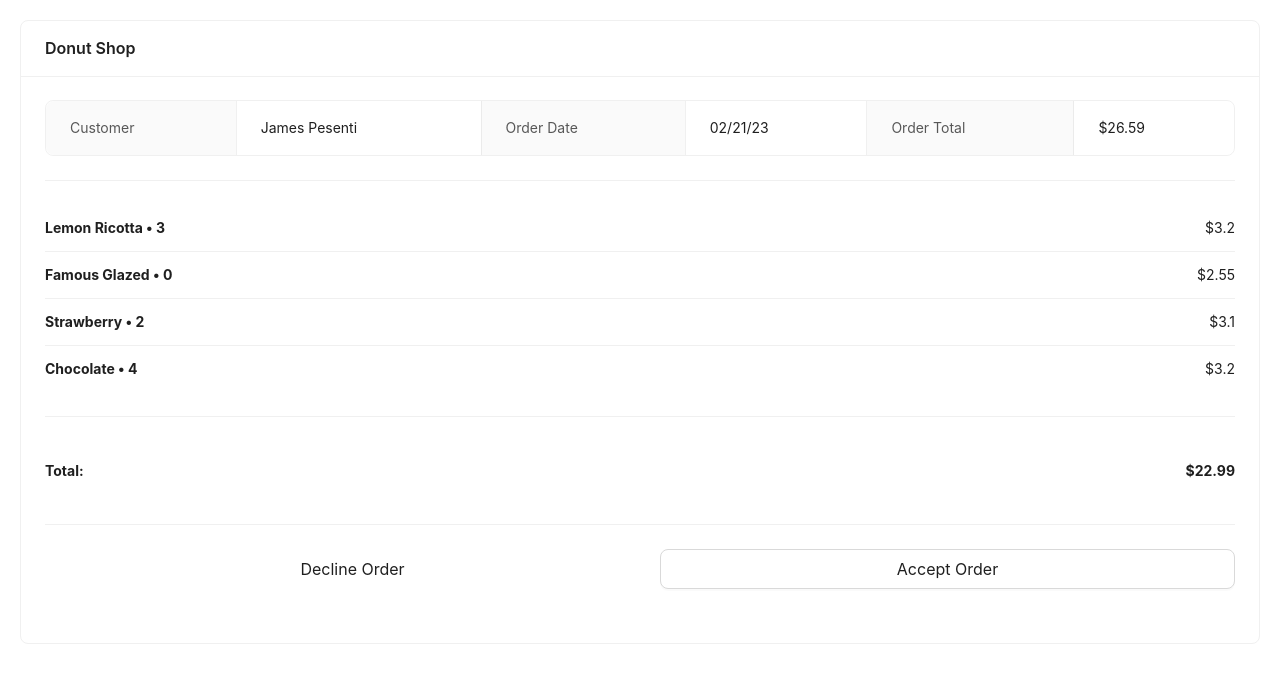
Repository: JamesPesenti/DonutShopDashboard
Page: /menu
An editor plug-in stored every save of this project. The page is shown before and after the next save, followed by the edit.
The browser window is 1280 px wide. The pictures show the whole page.
The project was rebuilt for these pictures with package versions that can differ from the ones it lists, and the page was loaded fresh each time.

Above is the page before, as saved 2023-03-22 14:45:47.

After the next save:
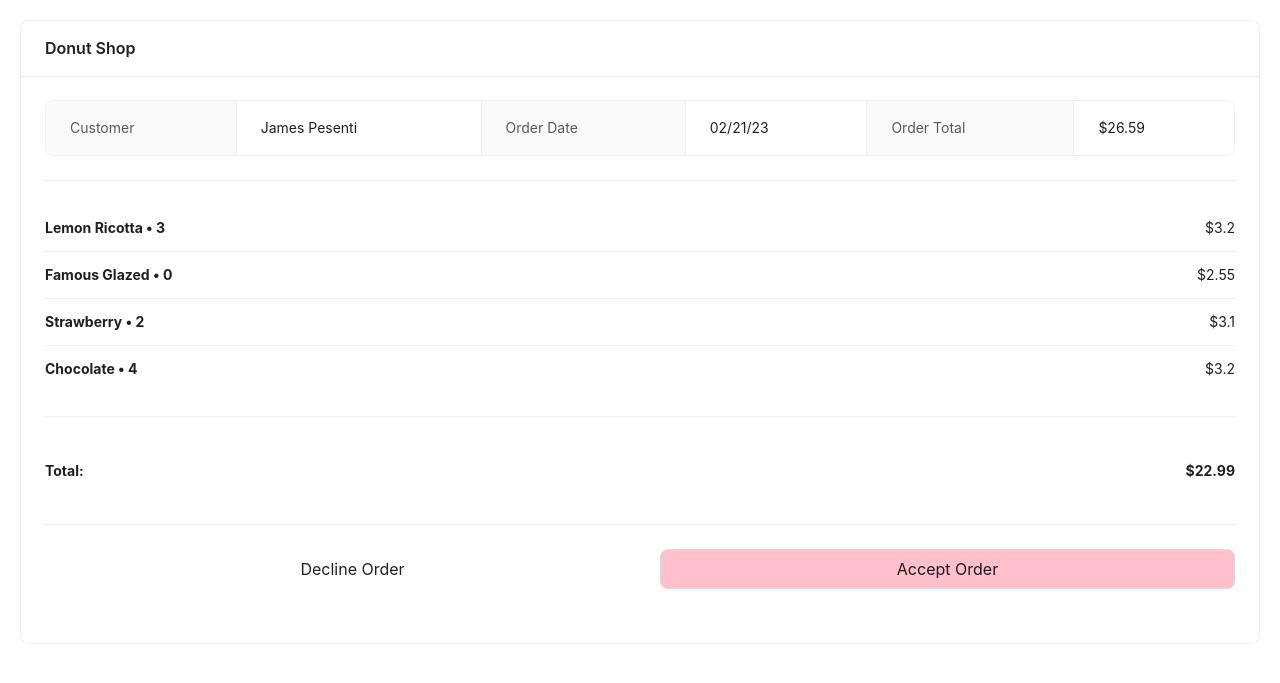
Saved 20 s later.
--- a/src/screens/DetailedOrder.jsx
+++ b/src/screens/DetailedOrder.jsx
@@ -37,7 +37,7 @@ const DetailedOrder = () => {
         <Button style={styles.button} block type="danger" size="large">
           Decline Order
         </Button>
-        <Button block size="large">
+        <Button style={{backgroundColor: "pink"}} block size="large">
           Accept Order
         </Button>
       </div>
